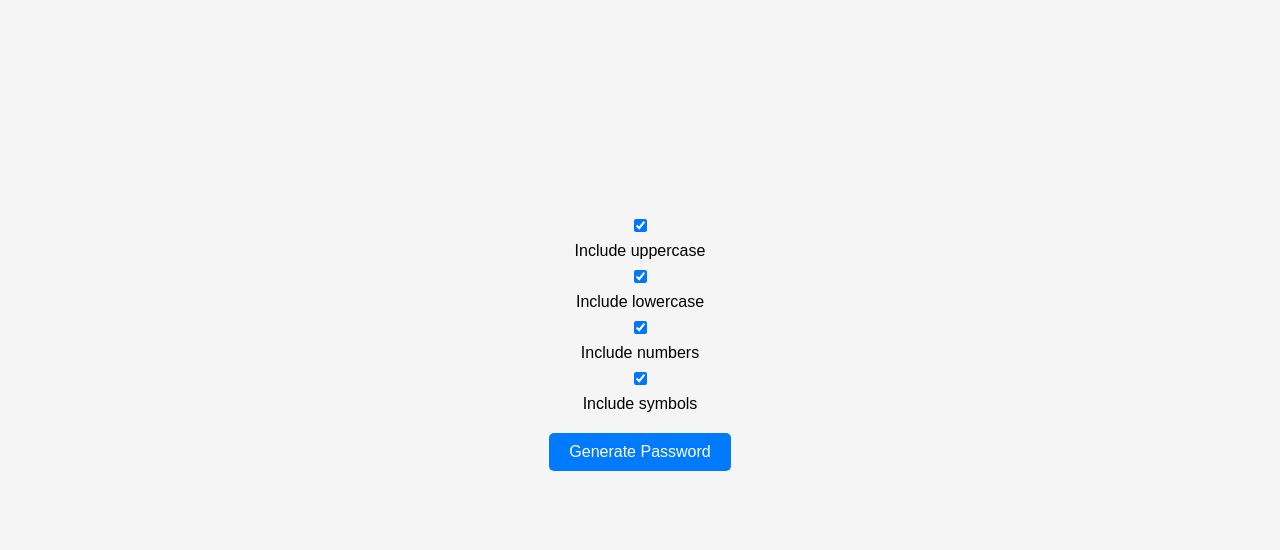
Repository: sriram1224/pass-generator
Page: /
These files come from the project's save history. The page is drawn as it stood at one moment and after the next save; the edit follows.
The browser window is 1280 px wide. The pictures show the whole page.
The project was rebuilt for these pictures with package versions that can differ from the ones it lists, and the page was loaded fresh each time.

Above is the page before, as saved 2024-03-21 19:38:35.

### src/App.js
import React, { useState, useRef, useCallback } from 'react';
import './App.css';

function generatePassword(length, includeUpper, includeLower, includeNumber, includeSymbol){
  const upperChars = 'ABCDEFGHIJKLMNOPQRSTUVWXYZ';
  const lowerChars = 'abcdefghijklmnopqrstuvwxyz';
  const numberChars = '0123456789';
  const symbolChars = '!@#$%^&*()-_=+';

  let chars = '';
  if (includeUpper) chars+= upperChars;
  if (includeLower) chars += lowerChars;
  if (includeNumber) chars += numberChars;
  if (includeSymbol) chars += symbolChars;
  let password = '';
  for(let i = 0; i < length; i++){
    password += chars.charAt(Math.floor(Math.random() * chars.length));
  }
  return password;
}

function App() {
  const [password,setPassword] = useState('');
  const includeUpperref = useRef(true);
  const includeLowerref= useRef(true);
  const includeSymbolref = useRef(true);
  const includeNumberref= useRef(true);
  const lengthRef = useRef(8);

  const handlechange = (ref) => {
    ref.current = !ref.current;
    handlePassword();
  };

  const handlePassword = useCallback(() => {
    const newPass = generatePassword(
      lengthRef.current,
      includeUpperref.current,
      includeLowerref.current,
      includeNumberref.current,
      includeSymbolref.current
    );
    setPassword(newPass);
  }, []);

  return (
    <div className="App">
      <input type="checkbox" checked={includeUpperref.current} onChange={() => handlechange(includeUpperref)} /> Include uppercase
      <input type="checkbox" checked={includeLowerref.current} onChange={() => handlechange(includeLowerref)} /> Include lowercase
      <input type="checkbox" checked={includeNumberref.current} onChange={() => handlechange(includeNumberref)} /> Include numbers
      <input type="checkbox" checked={includeSymbolref.current} onChange={() => handlechange(includeSymbolref)} /> Include symbols
      <button onClick={handlePassword}>Generate Password</button>
      <p>{password}</p>
    </div>
  );
}

export default App;

### src/App.css
.App {
  display: flex;
  flex-direction: column;
  align-items: center;
  justify-content: center;
  height: 100vh;
  background-color: #f5f5f5;
  font-family: Arial, sans-serif;
}

input[type="checkbox"] {
  margin: 10px;
}

button {
  margin-top: 20px;
  padding: 10px 20px;
  font-size: 16px;
  border: none;
  background-color: #007BFF;
  color: white;
  cursor: pointer;
  border-radius: 5px;
}

button:hover {
  background-color: #0056b3;
}

p {
  margin-top: 20px;
  font-size: 20px;
  color: #333;
}

Loaded but not shown: public/index.html (common file); src/index.js (common file); src/index.css (common file); src/reportWebVitals.js (common file)

After the next save:
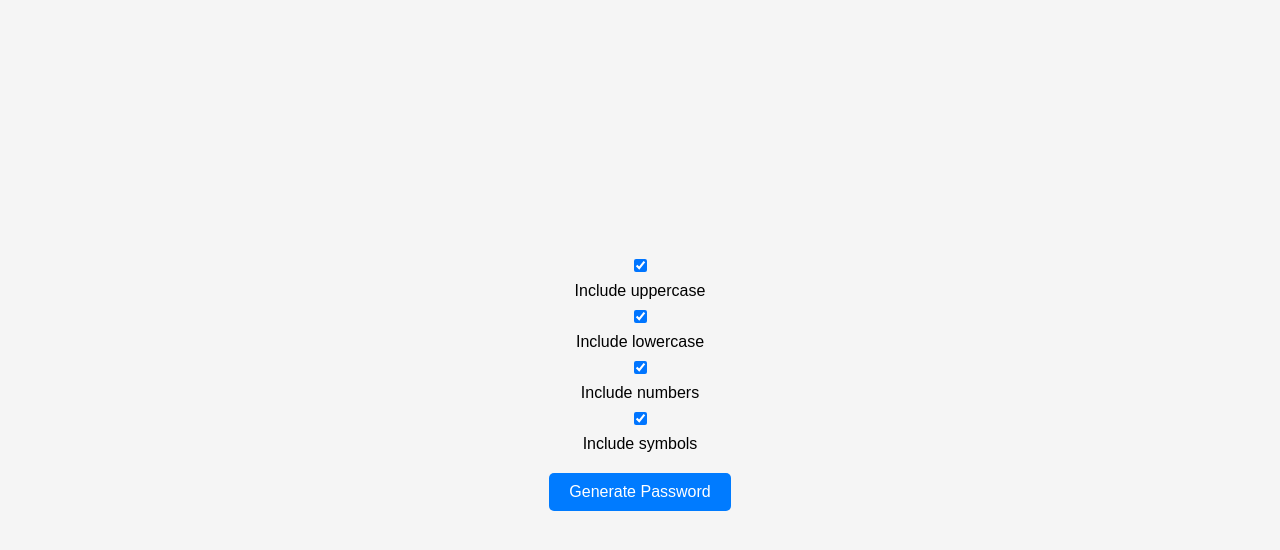
Saved 20 s later.
--- a/src/App.js
+++ b/src/App.js
@@ -45,12 +45,13 @@ function App() {
 
   return (
     <div className="App">
+      <p>{password}</p>
       <input type="checkbox" checked={includeUpperref.current} onChange={() => handlechange(includeUpperref)} /> Include uppercase
       <input type="checkbox" checked={includeLowerref.current} onChange={() => handlechange(includeLowerref)} /> Include lowercase
       <input type="checkbox" checked={includeNumberref.current} onChange={() => handlechange(includeNumberref)} /> Include numbers
       <input type="checkbox" checked={includeSymbolref.current} onChange={() => handlechange(includeSymbolref)} /> Include symbols
       <button onClick={handlePassword}>Generate Password</button>
-      <p>{password}</p>
+
     </div>
   );
 }
